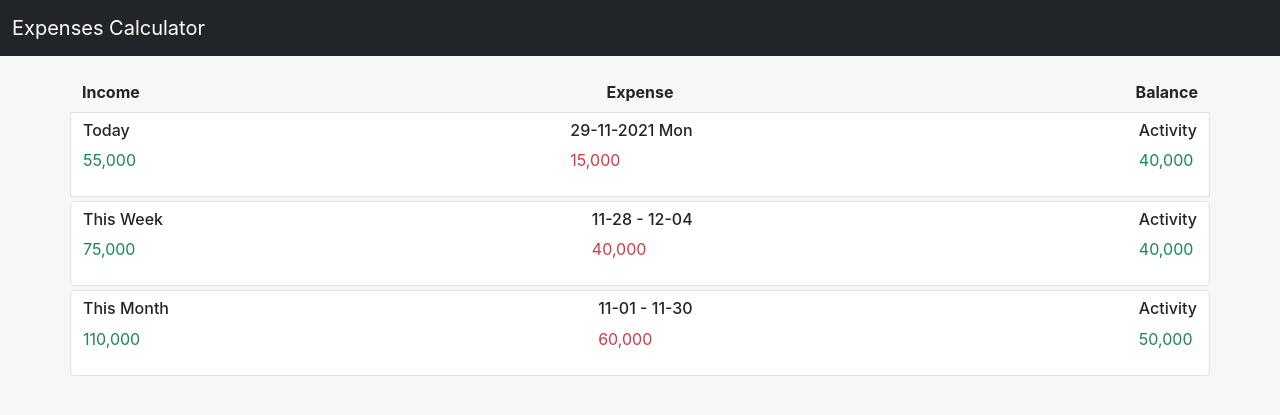
Repository: eidankhan/expenses-calculator
Page: /
These files come from the project's save history. The page is drawn as it stood at one moment and after the next save; the edit follows.
The browser window is 1280 px wide. The pictures show the whole page.
The project was rebuilt for these pictures with package versions that can differ from the ones it lists, and the page was loaded fresh each time. Also part of the build but not shown: src/components/SaveIncome.js.

Above is the page before, as saved 2021-11-29 18:25:22.

### public/index.html
<!DOCTYPE html>
<html lang="en">
  <head>
    <meta charset="utf-8" />
    <link rel="icon" href="%PUBLIC_URL%/favicon.ico" />
    <meta name="viewport" content="width=device-width, initial-scale=1" />
    <meta name="theme-color" content="#000000" />
    <meta
      name="description"
      content="Web site created using create-react-app"
    />
    <link rel="apple-touch-icon" href="%PUBLIC_URL%/logo192.png" />
    <link rel="manifest" href="%PUBLIC_URL%/manifest.json" />
    <!-- CSS only -->
    <link
      href="https://cdn.jsdelivr.net/npm/bootstrap@5.1.3/dist/css/bootstrap.min.css"
      rel="stylesheet"
      integrity="sha384-1BmE4kWBq78iYhFldvKuhfTAU6auU8tT94WrHftjDbrCEXSU1oBoqyl2QvZ6jIW3"
      crossorigin="anonymous"
    />
    <title>Shopping Cart App</title>
  </head>
  <body>
    <noscript>You need to enable JavaScript to run this app.</noscript>
    <div id="root"></div>
    <!-- JavaScript Bundle with Popper -->
    <script
      src="https://cdn.jsdelivr.net/npm/bootstrap@5.1.3/dist/js/bootstrap.bundle.min.js"
      integrity="sha384-ka7Sk0Gln4gmtz2MlQnikT1wXgYsOg+OMhuP+IlRH9sENBO0LRn5q+8nbTov4+1p"
      crossorigin="anonymous"
    ></script>
  </body>
</html>

### src/index.css
body {
  margin: 0;
  font-family: -apple-system, BlinkMacSystemFont, 'Segoe UI', 'Roboto', 'Oxygen',
    'Ubuntu', 'Cantarell', 'Fira Sans', 'Droid Sans', 'Helvetica Neue',
    sans-serif;
  -webkit-font-smoothing: antialiased;
  -moz-osx-font-smoothing: grayscale;
}

code {
  font-family: source-code-pro, Menlo, Monaco, Consolas, 'Courier New',
    monospace;
}

body{
  background-color: #F7F7F9;
}

### src/App.js
// import {
//   BrowserRouter as Router,
//   Routes,
//   Route,
// } from "react-router-dom";

import { IncomeSummary } from "./components/IncomeSummary";
import { Navbar } from "./components/Navbar";
import { SaveIncome } from "./components/SaveIncome";

function App() {
  return (
    <>
      <Navbar />
      <div className="container my-3">
        {/* <SaveIncome/> */}
        <IncomeSummary/>
      </div>
    </>
  );
}

export default App;

### src/components/IncomeSummary.js
import React from "react";

export const IncomeSummary = () => {
  return (
    <div className="my-3">
      <div className="row">
        <div className="col-md-4 my-2">
          <strong>Income</strong>
        </div>
        <div className="col-md-4 my-2 text-center">
          <strong>Expense</strong>
        </div>
        <div className="col-md-4 my-2">
          <strong className="float-end">Balance</strong>
        </div>
      </div>
      <div className="row border rounder" style={{ backgroundColor: "white" }}>
        <div className="col-md-4 my-2" m>
          <h6> Today </h6>
          <p className="text-success"> 55,000</p>
        </div>
        <div className="col-md-4 my-2">
          <div className="float-end" style={{marginRight:"125px"}}>
            <h6> 29-11-2021 Mon </h6>
            <p className="text-danger"> 15,000</p>
          </div>
        </div>
        <div className="col-md-4 my-2">
          <div className="float-end">
          <h6> Activity </h6>
          <p className="text-success"> 40,000</p>
          </div>
        </div>
      </div>
      <div
        className="row border rounded my-1"
        style={{ backgroundColor: "white" }}
      >
        <div className="col-md-4 my-2">
          <div className="cards">
            <h6> This Week </h6>
            <p className="text-success"> 75,000</p>
          </div>
        </div>
        <div className="col-md-4 my-2">
          <div className="float-end" style={{marginRight:"125px"}}>
            <h6> 11-28 - 12-04 </h6>
            <p className="text-danger"> 40,000</p>
          </div>
        </div>
        <div className="col-md-4 my-2">
          <div className="float-end">
            <h6> Activity </h6>
            <p className="text-success"> 40,000</p>
          </div>
        </div>
      </div>
      <div
        className="row border rounded my-1"
        style={{ backgroundColor: "white" }}
      >
        <div className="col-md-4 my-2">
          <div className="cards">
            <h6> This Month </h6>
            <p className="text-success"> 110,000</p>
          </div>
        </div>
        <div className="col-md-4 my-2">
          <div className="float-end" style={{marginRight:"125px"}}>
            <h6> 11-01 - 11-30 </h6>
            <p className="text-danger"> 60,000</p>
          </div>
        </div>
        <div className="col-md-4 my-2">
          <div className="float-end">
            <h6> Activity </h6>
            <p className="text-success"> 50,000</p>
          </div>
        </div>
      </div>
    </div>
  );
};

### src/components/Navbar.js
import React from "react";

export const Navbar = () => {
  return (
    <nav className="navbar navbar-dark bg-dark">
      <div className="container-fluid">
        <a className="navbar-brand" href="/" > Expenses Calculator</a>

        {/* <form className="d-flex">
          <input
            className="form-control me-2"
            type="search"
            placeholder="Search"
            aria-label="Search"
          />
          <button className="btn btn-outline-success" type="submit">
            Search
          </button>
        </form> */}

      </div>
    </nav>
  );
};

Loaded but not shown: src/index.js (common file)

After the next save:
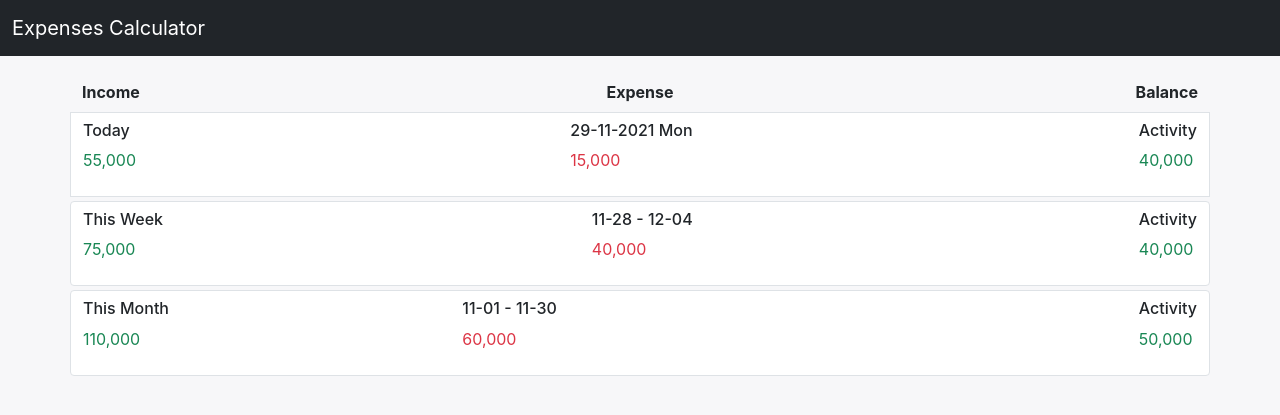
Saved 24 s later.
--- a/src/components/IncomeSummary.js
+++ b/src/components/IncomeSummary.js
@@ -44,8 +44,8 @@ export const IncomeSummary = () => {
         </div>
         <div className="col-md-4 my-2">
           <div className="float-end" style={{marginRight:"125px"}}>
-            <h6> 11-28 - 12-04 </h6>
-            <p className="text-danger"> 40,000</p>
+          <h6> 11-28 - 12-04 </h6>
+          <p className="text-danger"> 40,000</p>
           </div>
         </div>
         <div className="col-md-4 my-2">
@@ -66,10 +66,8 @@ export const IncomeSummary = () => {
           </div>
         </div>
         <div className="col-md-4 my-2">
-          <div className="float-end" style={{marginRight:"125px"}}>
-            <h6> 11-01 - 11-30 </h6>
-            <p className="text-danger"> 60,000</p>
-          </div>
+          <h6> 11-01 - 11-30 </h6>
+          <p className="text-danger"> 60,000</p>
         </div>
         <div className="col-md-4 my-2">
           <div className="float-end">
